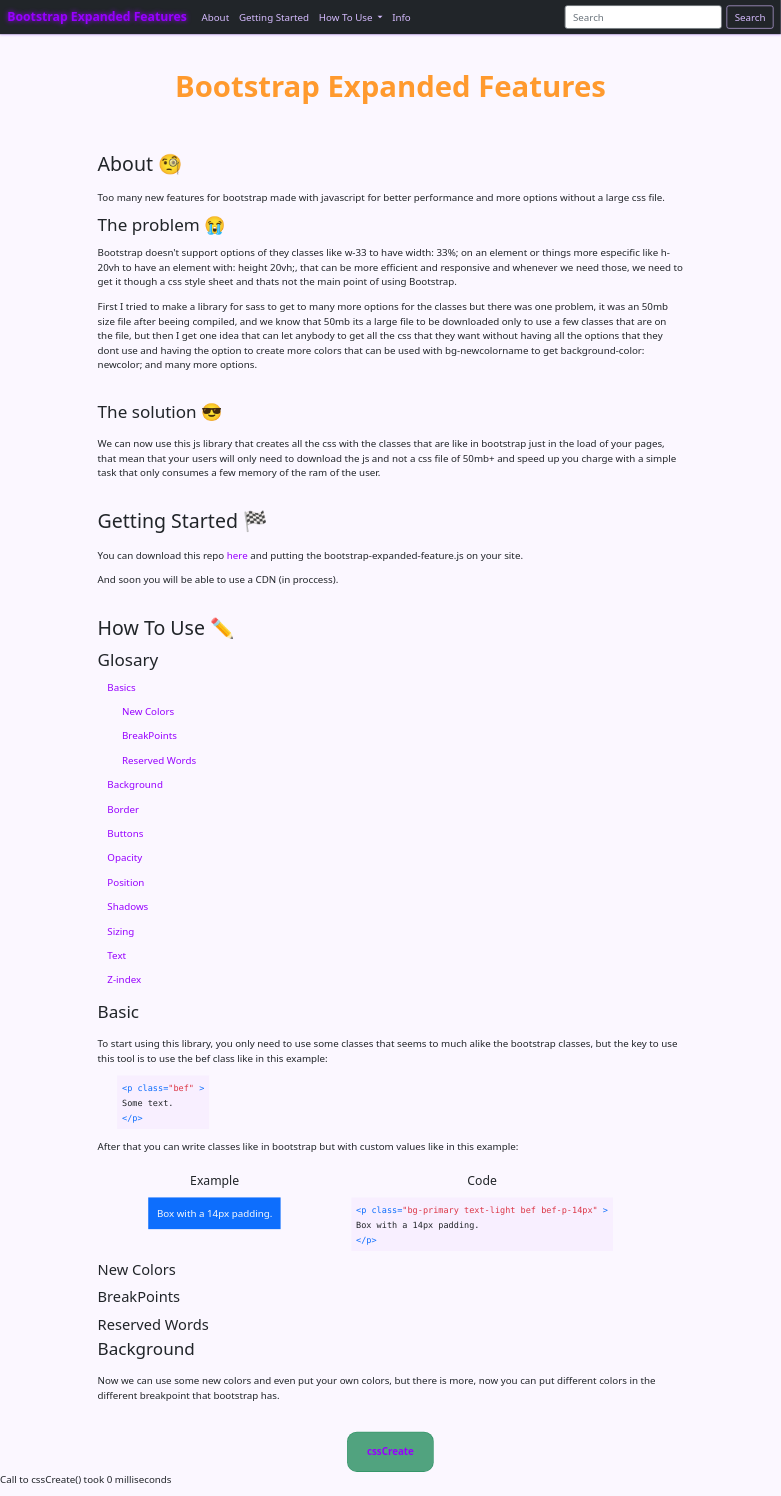
Repository: LynxPardelle/bootstrap-expanded-features
Page: index.html
An editor plug-in stored every save of this project. The page is shown before and after the next save, followed by the edit.
The browser window is 1280 px wide. The pictures show the whole page, at 61% of full size.

Above is the page before, as saved 2022-01-02 05:49:42.

### index.html
<!DOCTYPE html>
<html lang="es">
  <head>
    <meta charset="UTF-8" />
    <meta http-equiv="X-UA-Compatible" content="IE=edge" />
    <meta name="viewport" content="width=device-width, initial-scale=1.0" />
    <title>Bootstrap Expanded Features</title>
    <link
      href="https://cdn.jsdelivr.net/npm/bootstrap@5.1.3/dist/css/bootstrap.min.css"
      rel="stylesheet"
      integrity="sha384-1BmE4kWBq78iYhFldvKuhfTAU6auU8tT94WrHftjDbrCEXSU1oBoqyl2QvZ6jIW3"
      crossorigin="anonymous"
    />
    <link rel="stylesheet" href="./style.css" />
  </head>
  <body class="bef bef-bg-futurePop__OPA__0_03">
    <header>
      <nav
        class="
          navbar navbar-expand-lg navbar-dark
          bg-dark
          align-items-center
          bef
          bef-boxShadow-0px__2px__4px__lavender
          position-fixed
          top-0
          w-100
        "
      >
        <div class="container-fluid">
          <a
            class="
              navbar-brand
              bef bef-text-futurePop
              fw-bolder
              bef-textShadow-0px__0px__8px__futurePop
            "
            href="#"
            >Bootstrap Expanded Features</a
          >
          <button
            class="navbar-toggler"
            type="button"
            data-bs-toggle="collapse"
            data-bs-target="#navbarSupportedContent"
            aria-controls="navbarSupportedContent"
            aria-expanded="false"
            aria-label="Toggle navigation"
          >
            <span class="navbar-toggler-icon"></span>
          </button>
          <div class="collapse navbar-collapse" id="navbarSupportedContent">
            <ul class="navbar-nav me-auto mb-lg-0">
              <li class="nav-item">
                <a class="nav-link bef bef-text-lavender" href="#about"
                  >About</a
                >
              </li>
              <li class="nav-item">
                <a
                  class="nav-link bef bef-text-lavender"
                  href="#getting_started"
                  >Getting Started</a
                >
              </li>
              <li class="nav-item dropdown">
                <a
                  class="nav-link bef bef-text-lavender dropdown-toggle"
                  href="#howToUse"
                  id="navbarDropdown"
                  role="button"
                  data-bs-toggle="dropdown"
                  aria-expanded="false"
                >
                  How To Use
                </a>
                <ul
                  class="dropdown-menu dropdown-menu-dark"
                  aria-labelledby="navbarDropdown"
                >
                  <li>
                    <a class="dropdown-item bef bef-text-lavender" href="#"
                      >Action</a
                    >
                  </li>
                  <li>
                    <a class="dropdown-item bef bef-text-lavender" href="#"
                      >Another action</a
                    >
                  </li>
                  <li><hr class="dropdown-divider" /></li>
                  <li>
                    <a class="dropdown-item bef bef-text-lavender" href="#"
                      >Something else here</a
                    >
                  </li>
                </ul>
              </li>
              <li class="nav-item">
                <a class="nav-link bef bef-text-lavender" href="#Info">Info</a>
              </li>
            </ul>
            <form class="d-flex">
              <input
                id="searchInput"
                class="form-control me-2"
                type="search"
                placeholder="Search"
                aria-label="Search"
              />
              <button class="btn bef bef-btnOutline-lavender">Search</button>
            </form>
          </div>
        </div>
      </nav>

      <h1
        class="
          text-center
          d-block
          bef bef-w-85vw bef-w-md-75vw bef-fs-2rem bef-fs-md-3rem
          bef-m-7rem__auto__5rem
          bef-text-summer
          fw-bolder
        "
      >
        Bootstrap Expanded Features
      </h1>
    </header>

    <div>
      <main class="bef bef-w-85vw bef-wmx-1000px bef-w-md-75vw mx-auto">
        <!-- ABOUT -->
        <section>
          <a id="about"></a>
          <h2>About 🧐</h2>
          <article>
            <p class="mt-4 mb-3 text-start">
              Too many new features for bootstrap made with javascript for
              better performance and more options without a large css file.
            </p>
          </article>
          <!-- THE_PROBLEM -->
          <article>
            <h3>The problem 😭</h3>
            <p class="my-3 text-start">
              Bootstrap doesn't support options of they classes like w-33 to
              have width: 33%; on an element or things more especific like
              h-20vh to have an element with: height 20vh;, that can be more
              efficient and responsive and whenever we need those, we need to
              get it though a css style sheet and thats not the main point of
              using Bootstrap.
            </p>
            <p class="mt-3 mb-5 text-start">
              First I tried to make a library for sass to get to many more
              options for the classes but there was one problem, it was an 50mb
              size file after beeing compiled, and we know that 50mb its a large
              file to be downloaded only to use a few classes that are on the
              file, but then I get one idea that can let anybody to get all the
              css that they want without having all the options that they dont
              use and having the option to create more colors that can be used
              with bg-newcolorname to get background-color: newcolor; and many
              more options.
            </p>
          </article>
          <!-- THE_SOLUTION -->
          <article>
            <h3>The solution 😎</h3>
            <p class="mt-4 mb-5 text-start">
              We can now use this js library that creates all the css with the
              classes that are like in bootstrap just in the load of your pages,
              that mean that your users will only need to download the js and
              not a css file of 50mb+ and speed up you charge with a simple task
              that only consumes a few memory of the ram of the user.
            </p>
          </article>
        </section>
        <!-- GETTING_STARTED -->
        <section>
          <a id="getting_started"></a>
          <h2>Getting Started 🏁</h2>
          <article>
            <p class="mt-4 mb-3 text-start bef bef-link-futurePop">
              You can download this repo
              <a
                class="text-decoration-none"
                href="https://github.com/LynxPardelle/bootstrap-expanded-features.git"
                target="_blank"
                >here</a
              >
              and putting the bootstrap-expanded-feature.js on your site.
            </p>
            <p class="mt-3 mb-5 text-start bef bef-link-futurePop">
              And soon you will be able to use a CDN (in proccess).
            </p>
          </article>
        </section>
        <!-- HOW_TO_USE -->
        <section>
          <a id="howToUse"></a>
          <h2>How To Use ✏️</h2>
          <article class="my-3">
            <h3>Glosary</h3>
            <ul class="nav flex-column bef bef-link-futurePop">
              <li class="nav-item">
                <a class="nav-link" href="#basicHTU">Basics</a>
                <ul class="nav ms-4 flex-column bef bef-link-futurePop">
                  <li class="nav-item">
                    <a class="nav-link" href="#newColorsBasicHTU">New Colors</a>
                  </li>
                  <li class="nav-item">
                    <a class="nav-link" href="#bpsBasicHTU">BreakPoints</a>
                  </li>
                  <li class="nav-item">
                    <a class="nav-link" href="#reswordsBasicHTU"
                      >Reserved Words</a
                    >
                  </li>
                </ul>
              </li>
              <li class="nav-item">
                <a class="nav-link" href="#backgroundHTU">Background</a>
              </li>
              <li class="nav-item">
                <a class="nav-link" href="#borderHTU">Border</a>
              </li>
              <li class="nav-item">
                <a class="nav-link" href="#buttonsHTU">Buttons</a>
              </li>
              <li class="nav-item">
                <a class="nav-link" href="#opacityHTU">Opacity</a>
              </li>
              <li class="nav-item">
                <a class="nav-link" href="#positionHTU">Position</a>
              </li>
              <li class="nav-item">
                <a class="nav-link" href="#shadowsHTU">Shadows</a>
              </li>
              <li class="nav-item">
                <a class="nav-link" href="#sizingHTU">Sizing</a>
              </li>
              <li class="nav-item">
                <a class="nav-link" href="#textHTU">Text</a>
              </li>
              <li class="nav-item">
                <a class="nav-link" href="#zIndexHTU">Z-index</a>
              </li>
            </ul>
          </article>
          <!-- BASICHTU -->
          <article>
            <a id="basicHTU"></a>
            <h3>Basic</h3>
            <p class="mt-4 mb-3 text-start bef bef-link-futurePop">
              To start using this library, you only need to use some classes
              that seems to much alike the bootstrap classes, but the key to use
              this tool is to use the bef class like in this example:
            </p>
            <p
              class="
                d-inline-block
                p-2
                bef
                bef-m-0rem__2rem
                bef-bg-futurePop__OPA__0_03
              "
            >
              <code class="text-dark">
                <span class="text-primary">
                  &#60;p class=<span class="text-danger">"bef"</span> &#62;
                </span>
                <br />
                <span> Some text. </span>
                <br />
                <span class="text-primary"> &#60;&#47;p&#62; </span>
              </code>
            </p>
            <p class="mt-3 mb-3 text-start bef bef-link-futurePop">
              After that you can write classes like in bootstrap but with custom
              values like in this example:
            </p>
            <div class="d-flex justify-content-evenly">
              <div>
                <h5 class="text-center my-3">Example</h5>
                <p class="bg-primary text-light bef bef-p-14px">
                  Box with a 14px padding.
                </p>
              </div>
              <div>
                <h5 class="text-center my-3">Code</h5>
                <p
                  class="
                    d-inline-block
                    p-2
                    bef
                    bef-m-0rem__2rem
                    bef-bg-futurePop__OPA__0_03
                  "
                >
                  <code class="text-dark">
                    <span class="text-primary">
                      &#60;p class=<span class="text-danger"
                        >"bg-primary text-light bef bef-p-14px"</span
                      >
                      &#62;
                    </span>
                    <br />
                    <span> Box with a 14px padding. </span>
                    <br />
                    <span class="text-primary"> &#60;&#47;p&#62; </span>
                  </code>
                </p>
              </div>
            </div>
            <!-- NEWCOLORSBASICHTU -->
            <a id="newColorsBasicHTU"></a>
            <h4 class="mt-3">New Colors</h4>
            <!-- BREAKPOINTSBASICHTU -->
            <a id="bpsBasicHTU"></a>
            <h4 class="mt-3">BreakPoints</h4>
            <!-- RESERVEDWORDSBASICHTU -->
            <a id="reswordsBasicHTU"></a>
            <h4 class="mt-3">Reserved Words</h4>
          </article>
          <article>
            <a id="backgroundHTU"></a>
            <h3>Background</h3>
            <p class="mt-4 mb-5 text-start bef bef-link-futurePop">
              Now we can use some new colors and even put your own colors, but
              there is more, now you can put different colors in the different
              breakpoint that bootstrap has.
            </p>
          </article>
        </section>
      </main>
      <aside></aside>
    </div>

    <footer>
      <a id="#info"></a>
      <button
        class="
          btn
          bef
          bef-btn-success__OPA__0_75
          bef-text-futurePop
          fw-bold
          d-block
          mx-auto
          bef-p-1_25rem__2rem
          bef-rounded-1rem
        "
        onclick="cssCreate()"
      >
        cssCreate
      </button>

      <div id="befTimer"></div>
    </footer>

    <!-- TABS
      <nav>
              <div class="nav nav-tabs" id="nav-tab" role="tablist">
                <button
                  class="
                    nav-link
                    active
                    bef bef-text-futurePop bef-textHover-lavender
                    bef-bg-futurePop__OPA__0_03
                  "
                  id="nav-background-tab"
                  data-bs-toggle="tab"
                  data-bs-target="#nav-background"
                  type="button"
                  role="tab"
                  aria-controls="nav-background"
                  aria-selected="false"
                >
                  Background
                </button>
                <button
                  class="
                    nav-link
                    bef bef-text-dark bef-textHover-lavender
                    bef-bg-futurePop__OPA__0
                  "
                  id="nav-border-tab"
                  data-bs-toggle="tab"
                  data-bs-target="#nav-border"
                  type="button"
                  role="tab"
                  aria-controls="nav-border"
                  aria-selected="false"
                >
                  Border
                </button>
                <button
                  class="
                    nav-link
                    bef bef-text-dark bef-textHover-lavender
                    bef-bg-futurePop__OPA__0
                  "
                  id="nav-buttons-tab"
                  data-bs-toggle="tab"
                  data-bs-target="#nav-buttons"
                  type="button"
                  role="tab"
                  aria-controls="nav-buttons"
                  aria-selected="false"
                >
                  Buttons
                </button>
                <button
                  class="
                    nav-link
                    bef bef-text-dark bef-textHover-lavender
                    bef-bg-futurePop__OPA__0
                  "
                  id="nav-opacity-tab"
                  data-bs-toggle="tab"
                  data-bs-target="#nav-opacity"
                  type="button"
                  role="tab"
                  aria-controls="nav-opacity"
                  aria-selected="false"
                >
                  Opacity
                </button>
                <button
                  class="
                    nav-link
                    bef bef-text-dark bef-textHover-lavender
                    bef-bg-futurePop__OPA__0
                  "
                  id="nav-position-tab"
                  data-bs-toggle="tab"
                  data-bs-target="#nav-position"
                  type="button"
                  role="tab"
                  aria-controls="nav-position"
                  aria-selected="false"
                >
                  Position
                </button>
                <button
                  class="
                    nav-link
                    bef bef-text-dark bef-textHover-lavender
                    bef-bg-futurePop__OPA__0
                  "
                  id="nav-shadows-tab"
                  data-bs-toggle="tab"
                  data-bs-target="#nav-shadows"
                  type="button"
                  role="tab"
                  aria-controls="nav-shadows"
                  aria-selected="false"
                >
                  Shadows
                </button>
                <button
                  class="
                    nav-link
                    bef bef-text-dark bef-textHover-lavender
                    bef-bg-futurePop__OPA__0
                  "
                  id="nav-sizing-tab"
                  data-bs-toggle="tab"
                  data-bs-target="#nav-sizing"
                  type="button"
                  role="tab"
                  aria-controls="nav-sizing"
                  aria-selected="true"
                >
                  Sizing
                </button>
                <button
                  class="
                    nav-link
                    bef bef-text-dark bef-textHover-lavender
                    bef-bg-futurePop__OPA__0
                  "
                  id="nav-text-tab"
                  data-bs-toggle="tab"
                  data-bs-target="#nav-text"
                  type="button"
                  role="tab"
                  aria-controls="nav-text"
                  aria-selected="false"
                >
                  Text
                </button>
                <button
                  class="
                    nav-link
                    bef bef-text-dark bef-textHover-lavender
                    bef-bg-futurePop__OPA__0
                  "
                  id="nav-z-index-tab"
                  data-bs-toggle="tab"
                  data-bs-target="#nav-z-index"
                  type="button"
                  role="tab"
                  aria-controls="nav-z-index"
                  aria-selected="false"
                >
                  Z-index
                </button>
              </div>
            </nav>
            <div class="tab-content" id="nav-tabContent">
              <div
                class="tab-pane fade show active mt-3 mb-5"
                id="nav-background"
                role="tabpanel"
                aria-labelledby="nav-background-tab"
              >
                <h3 class="text-center">Background</h3>

                <p>
                  Now we can use some new colors and even put your own colors,
                  but there is more, now you can put diferent colors in the
                  diferent breakpoint that bootstrap has.
                </p>
              </div>
              <div
                class="tab-pane fade"
                id="nav-border"
                role="tabpanel"
                aria-labelledby="nav-border-tab"
              >
                Border
              </div>
              <div
                class="tab-pane fade"
                id="nav-buttons"
                role="tabpanel"
                aria-labelledby="nav-buttons-tab"
              >
                Buttons
              </div>
              <div
                class="tab-pane fade"
                id="nav-opacity"
                role="tabpanel"
                aria-labelledby="nav-opacity-tab"
              >
                Opacity
              </div>
              <div
                class="tab-pane fade"
                id="nav-position"
                role="tabpanel"
                aria-labelledby="nav-position-tab"
              >
                Position
              </div>
              <div
                class="tab-pane fade"
                id="nav-shadows"
                role="tabpanel"
                aria-labelledby="nav-shadows-tab"
              >
                Shadows
              </div>
              <div
                class="tab-pane fade"
                id="nav-sizing"
                role="tabpanel"
                aria-labelledby="nav-sizing-tab"
              >
                Sizing
              </div>
              <div
                class="tab-pane fade"
                id="nav-text"
                role="tabpanel"
                aria-labelledby="nav-text-tab"
              >
                Text
              </div>
              <div
                class="tab-pane fade"
                id="nav-z-index"
                role="tabpanel"
                aria-labelledby="nav-z-index-tab"
              >
                Z-Index
              </div>
            </div>
-->

    <!--
Classes:
w width
h height
wmx max-width
hmx max-height
wmn min-width
hmn min-height
rounded border-radius
z z-index
opacity opacity
top top
bottom bottom
end left
start right
fs font-size
lh line-height
gap gap
p padding
m margin
border border-width
borderStyle border-style

bg background-color
text color
link a color
borderColor border-color
btn background-color border-color box-shadow
btnOutline border-color box-shadow
boxShadow box-shadow
textShadow text-shadow

Sides:
s left
e right
t top
b bottom
x left & right
y top & bottom

BreakPoints:
sm 576
md 768
lg 992
xl 1200
xxl 1400
-->
    <script
      src="https://cdn.jsdelivr.net/npm/bootstrap@5.1.3/dist/js/bootstrap.bundle.min.js"
      integrity="sha384-ka7Sk0Gln4gmtz2MlQnikT1wXgYsOg+OMhuP+IlRH9sENBO0LRn5q+8nbTov4+1p"
      crossorigin="anonymous"
    ></script>
    <script>
      var colors = {
        monster: "#00AA00",
        futurePop: "#9700FF",
      };
    </script>
    <script src="./bootstrap-expanded-features.js"></script>
    <script src="./bef-example-page.js"></script>
  </body>
</html>

Loaded but not shown: bootstrap-expanded-features.js (library); bef-example-page.js (64 lines, source omitted); style.css (no stored copy; drawn as an empty file)

After the next save:
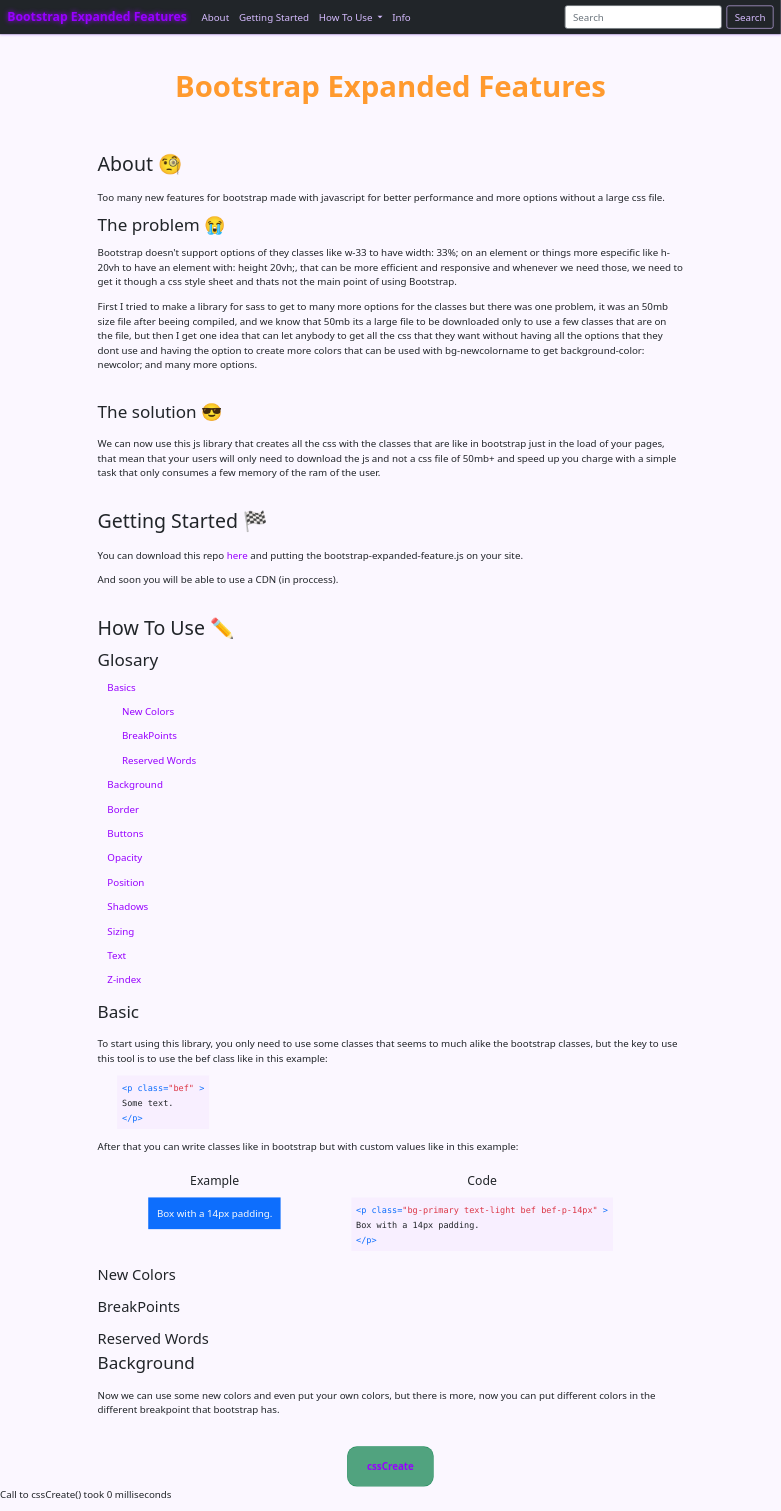
Saved 9 s later.
--- a/index.html
+++ b/index.html
@@ -314,13 +314,13 @@
             </div>
             <!-- NEWCOLORSBASICHTU -->
             <a id="newColorsBasicHTU"></a>
-            <h4 class="mt-3">New Colors</h4>
+            <h4 class="mt-4">New Colors</h4>
             <!-- BREAKPOINTSBASICHTU -->
             <a id="bpsBasicHTU"></a>
-            <h4 class="mt-3">BreakPoints</h4>
+            <h4 class="mt-4">BreakPoints</h4>
             <!-- RESERVEDWORDSBASICHTU -->
             <a id="reswordsBasicHTU"></a>
-            <h4 class="mt-3">Reserved Words</h4>
+            <h4 class="mt-4">Reserved Words</h4>
           </article>
           <article>
             <a id="backgroundHTU"></a>
